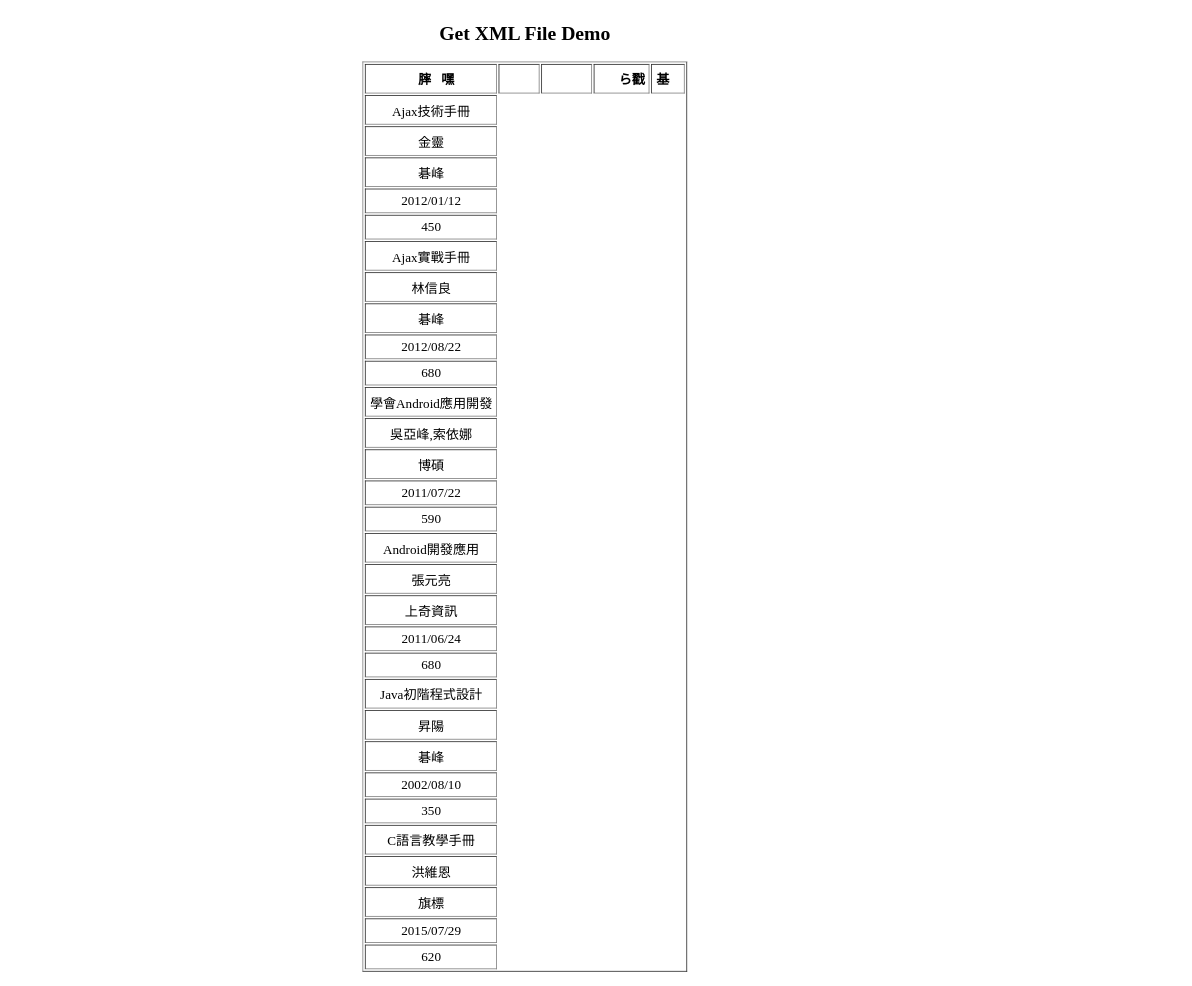
Repository: milkyeway/Ajax
Page: Ajax/src/main/webapp/m04/Fetchjson.html
The author's editor kept a copy of each file at every save. The page is drawn from the files as they stood at one save, then again after the next save.
The browser window is 1280 px wide. The page is 1280 px wide, then 1454 px, so the pictures cover 1454 px, including what lies to the right of the window. The pictures show the whole page, at 82% of full size.

Above is the page before, as saved 2022-03-28 02:57:37.

After the next save:
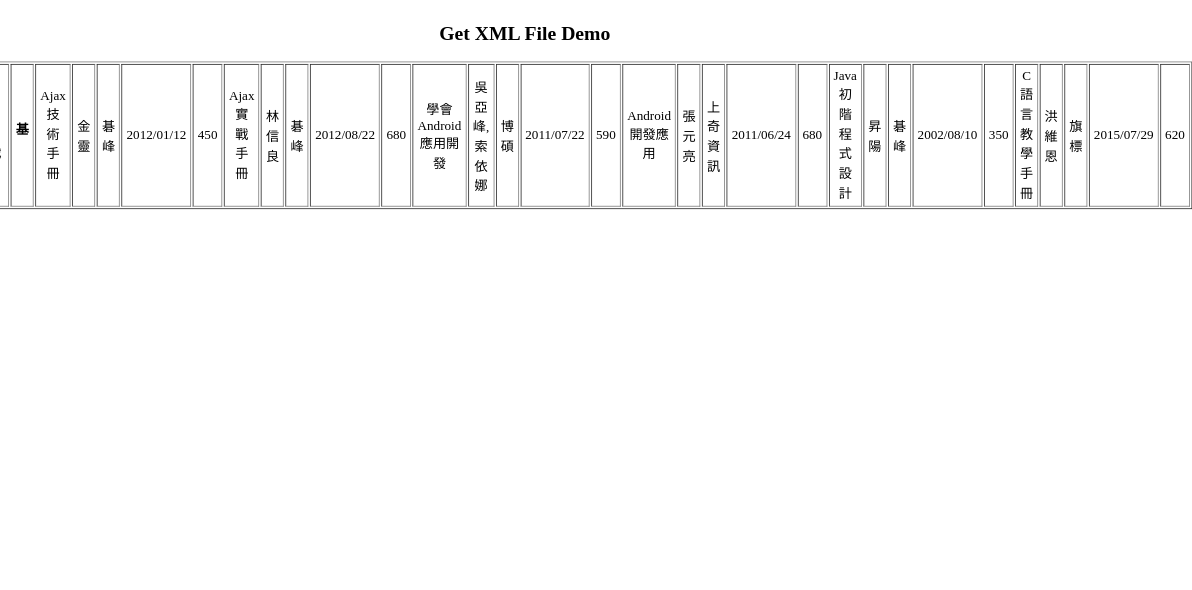
Saved 28 s later.
--- a/Ajax/src/main/webapp/m04/Fetchjson.html
+++ b/Ajax/src/main/webapp/m04/Fetchjson.html
@@ -24,11 +24,11 @@ th, td {
 			var txt = "<tr><th>膟嘿<th><th><th>ら戳<th>基";
 			var books = xmlDoc.getElementsByTagName("book");
 			for (let i = 0; i < books.length; i++) {
-				txt += "<tr><td>" + books[i].getAttribute("title");
-				txt += "<tr><td>" + books[i].getAttribute("author");
-				txt += "<tr><td>" + books[i].getAttribute("publisher");
-				txt += "<tr><td>" + books[i].getAttribute("publishDate");
-				txt += "<tr><td>" + books[i].getAttribute("price");
+				txt += "<td>" + books[i].getAttribute("title");
+				txt += "<td>" + books[i].getAttribute("author");
+				txt += "<td>" + books[i].getAttribute("publisher");
+				txt += "<td>" + books[i].getAttribute("publishDate");
+				txt += "<td>" + books[i].getAttribute("price");
 			}
 			document.getElementById("demo").innerHTML = txt;
 		}
